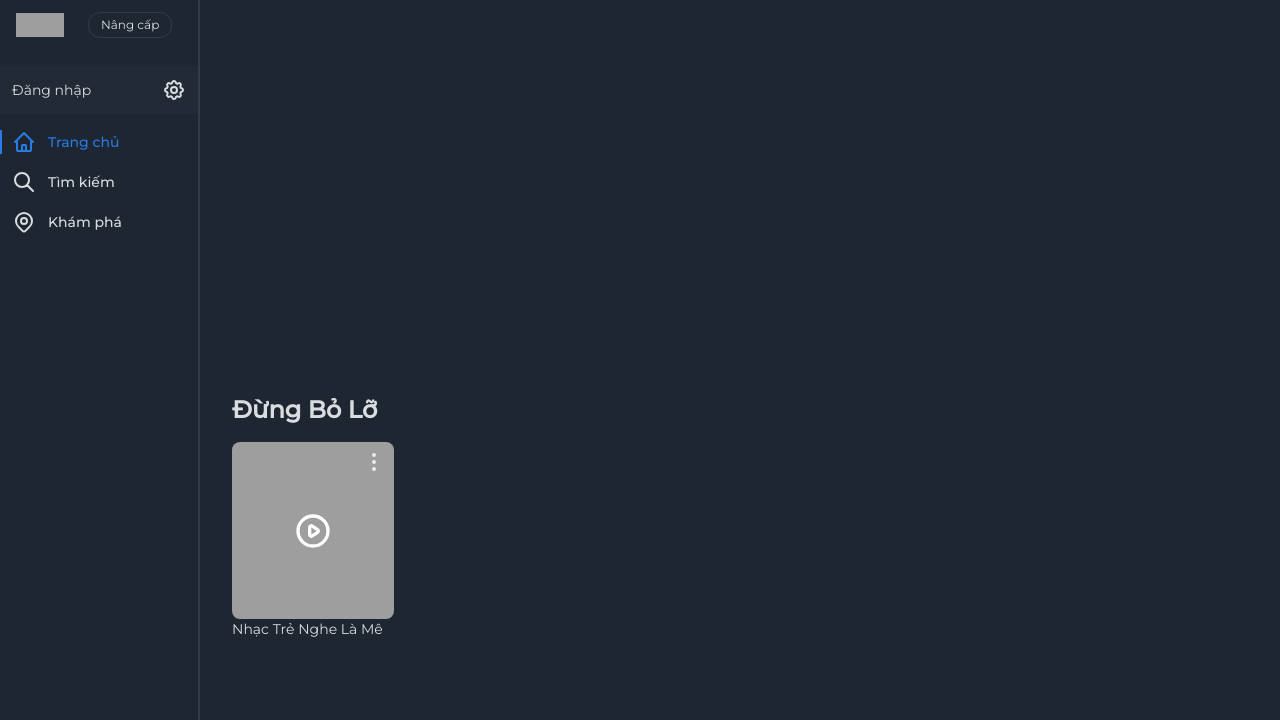
Repository: hoang0508/React-TypeScript-MP3
Page: /
An editor plug-in stored every save of this project. The page is shown before and after the next save, followed by the edit.
The browser window is 1280 px wide. The pictures show the whole page.
Pictures or frames that could not be fetched are drawn as grey boxes. The project was rebuilt for these pictures with package versions that can differ from the ones it lists, and the page was loaded fresh each time. Also part of the build but not shown: src/components/icon/IconDownLoad.tsx.

Above is the page before, as saved 2022-07-30 10:29:47.

After the next save:
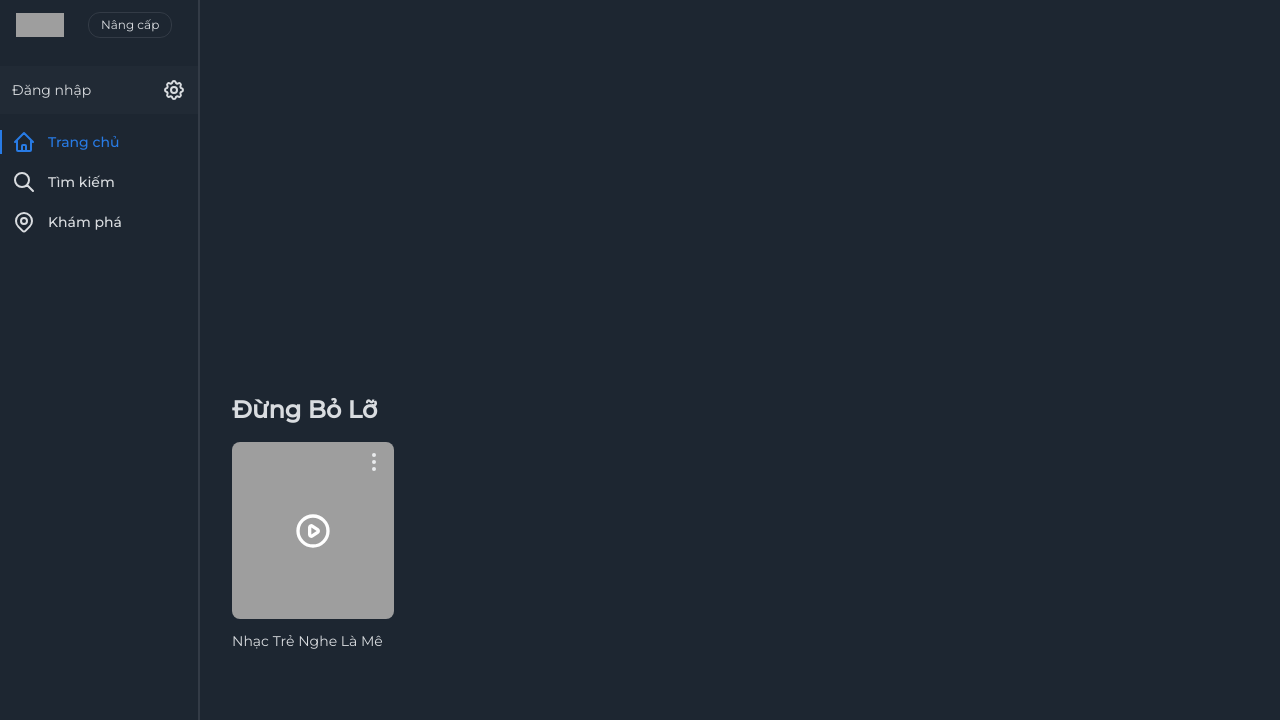
Saved 57 s later.
--- a/src/modules/music/MusicListFeed.tsx
+++ b/src/modules/music/MusicListFeed.tsx
@@ -26,7 +26,7 @@ export default function MusicListFeed({ heading }: MusicListFeedProps) {
   return (
     <div className="grid grid-cols-4 gap-x-5">
       <div>
-        <div className="relative">
+        <div className="relative mb-3">
           <div className="h-[177px] ">
             <img
               src="https://images.unsplash.com/photo-1470225620780-dba8ba36b745?ixlib=rb-1.2.1&ixid=MnwxMjA3fDB8MHxzZWFyY2h8MXx8bXVzaWN8ZW58MHx8MHx8&auto=format&fit=crop&w=500&q=60"
